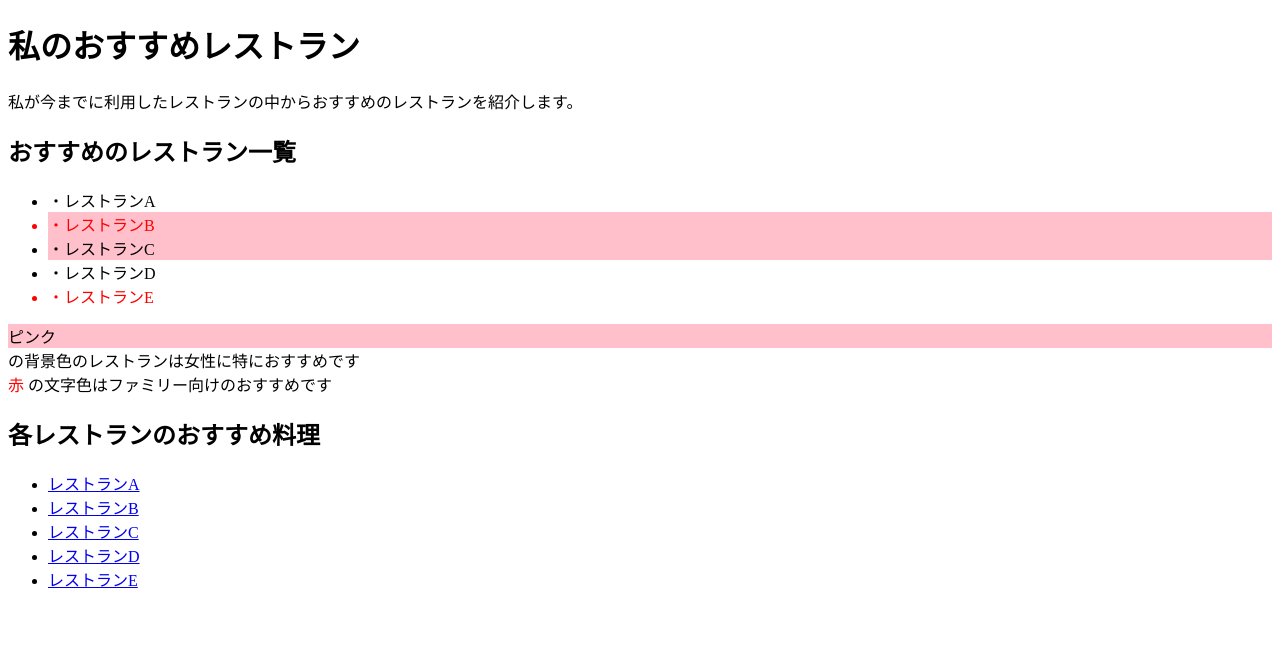
Repository: KubotaAtsushi/samurai_HTML-CSS
Page: test.html
The author's editor kept a record of every edit. The page is drawn from the files as they stood at one moment, then again after the next edit.
The browser window is 1280 px wide. The pictures show the whole page.

Above is the page before.

After the next edit:
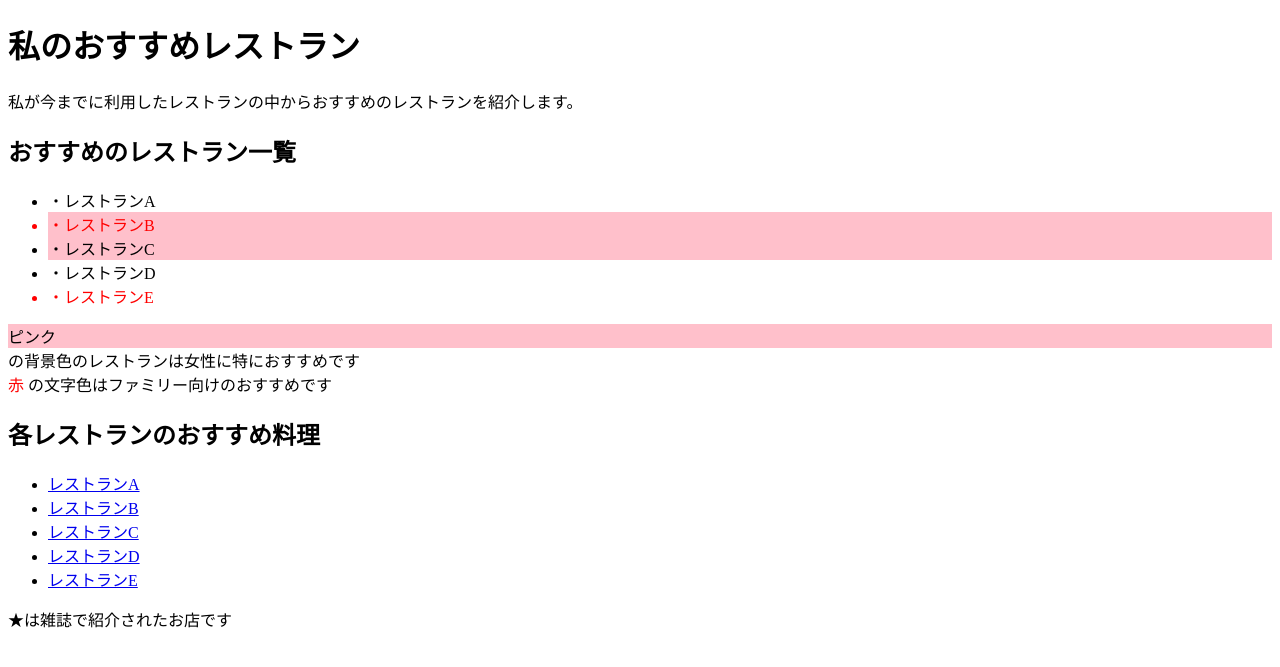
The edit:
--- a/test.html
+++ b/test.html
@@ -36,5 +36,6 @@
                     <li><a href="#">レストランD</a></li>
                     <li><a href="#">レストランE</a></li>
                 </ul>
+                <p>★は雑誌で紹介されたお店です</p>
             </div>
           </div>
